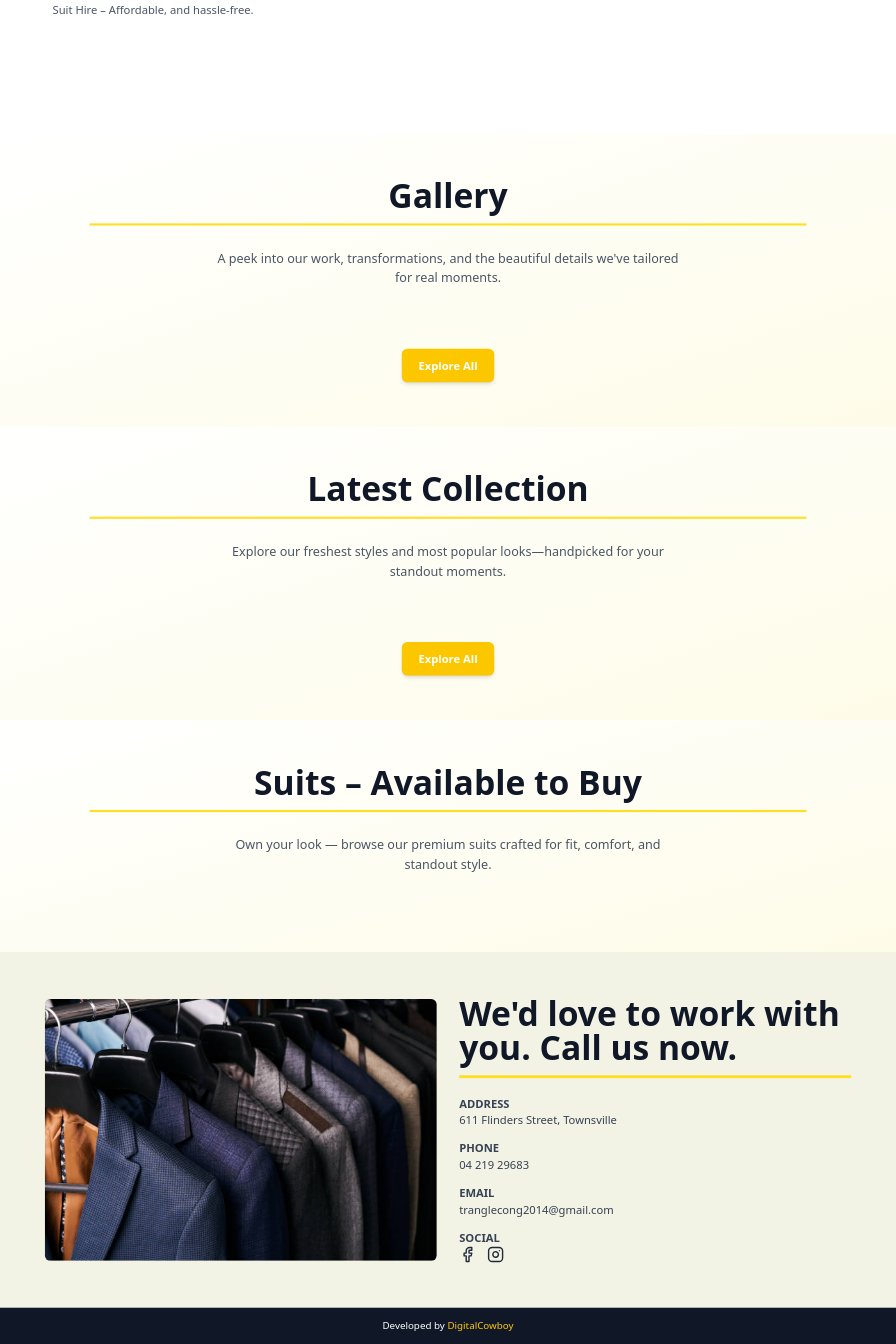
Repository: tarekhasan1/townsville-alteration
Page: /
An editor plug-in stored every save of this project. The page is shown before and after the next save, followed by the edit.
The browser window is 1280 px wide. The pictures show the part of the page from y = 1773 to 3693 px (the page is 3693 px tall before and 3274 px after), at 70% of full size.
The page's requests for data from a server got no answer. The project was rebuilt for these pictures with package versions that can differ from the ones it lists, and the page was loaded fresh each time. The framework's server and built-in components were replaced by stand-ins that run in the browser. No one was signed in, and anything a server would have sent is missing. Also part of the build but not shown: next.config.ts.

Above is the page before, as saved 2026-01-21 05:41:12.

After the next save:
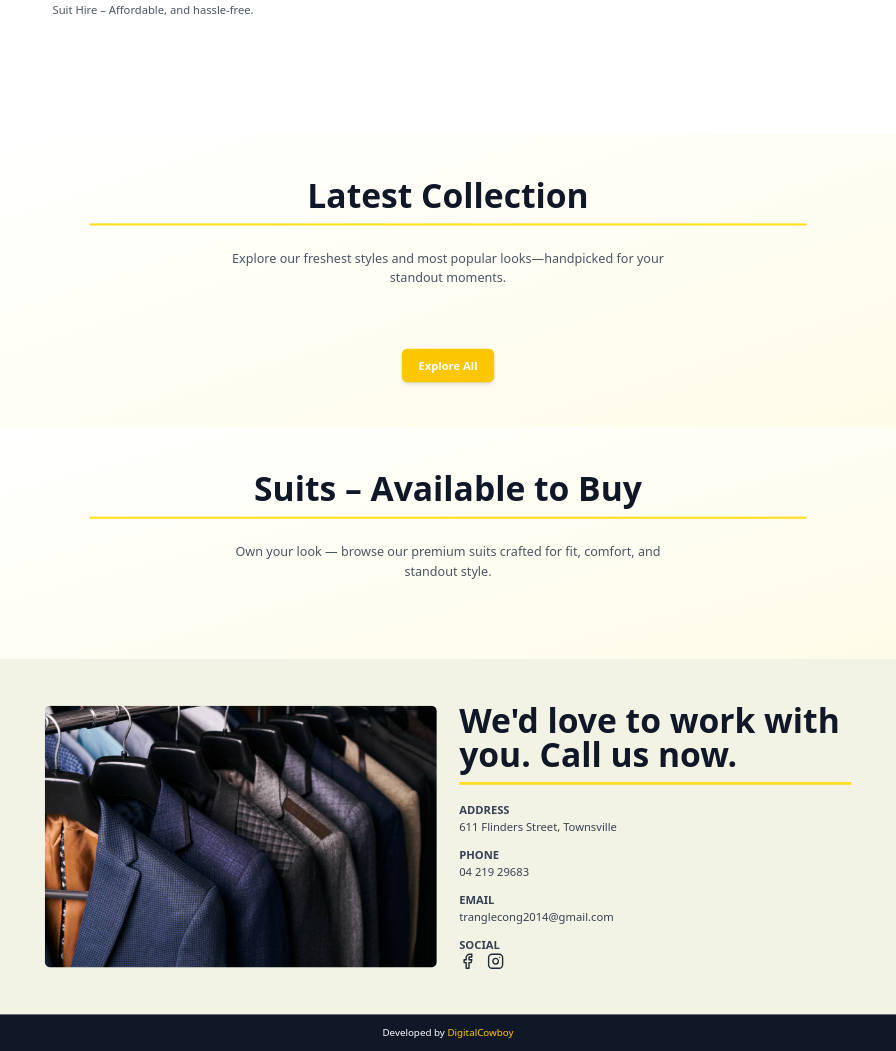
Saved 59 s later.
--- a/src/app/page.tsx
+++ b/src/app/page.tsx
@@ -11,7 +11,6 @@ export default function Home() {
       <BannerCarousel/>
       <TailoringSection/>
       <ServicesSection/>
-      <Gallery/>
       <LatestCollection/>
       <SuitsForSaleSection/>
     </div>
